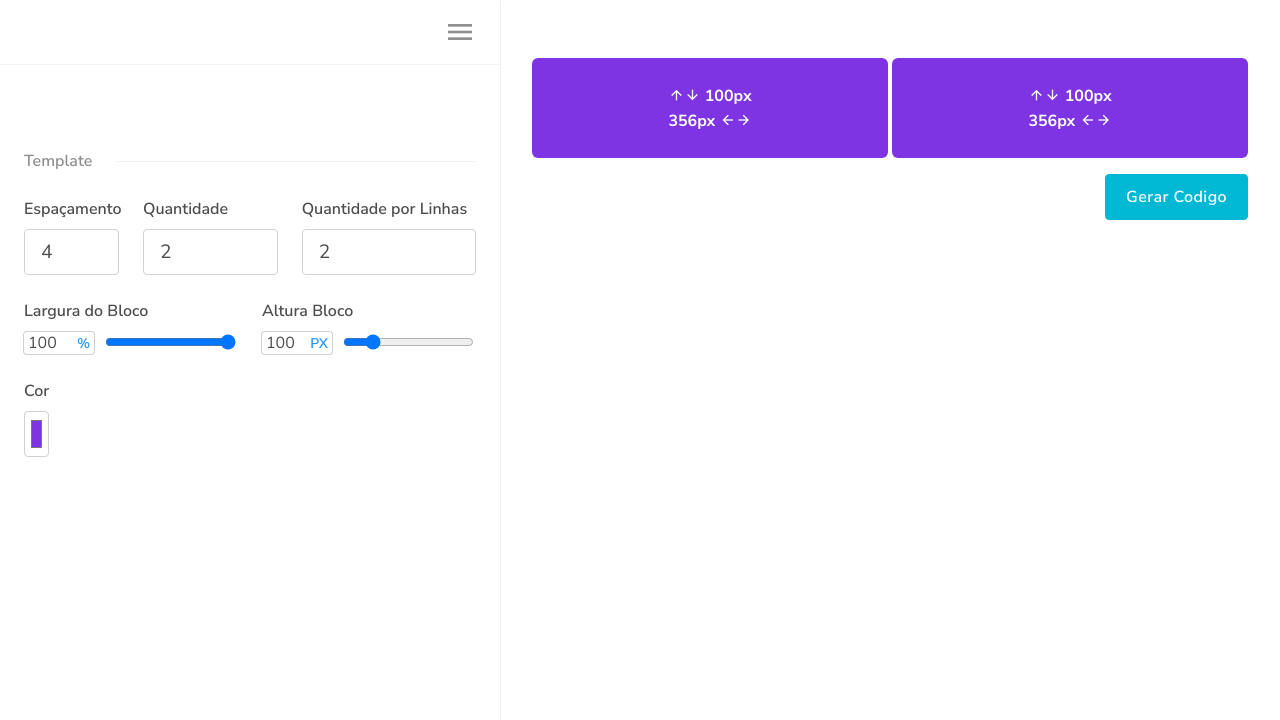
Repository: Flintdl/lowcode-elements
Page: /
The author's editor kept a copy of each file at every save. The page is drawn from the files as they stood at one save, then again after the next save.
The browser window is 1280 px wide. The pictures show the whole page.
The project was rebuilt for these pictures with package versions that can differ from the ones it lists, and the page was loaded fresh each time. Also part of the build but not shown: vue.config.js.

Above is the page before, as saved 2022-04-06 11:20:24.

After the next save:
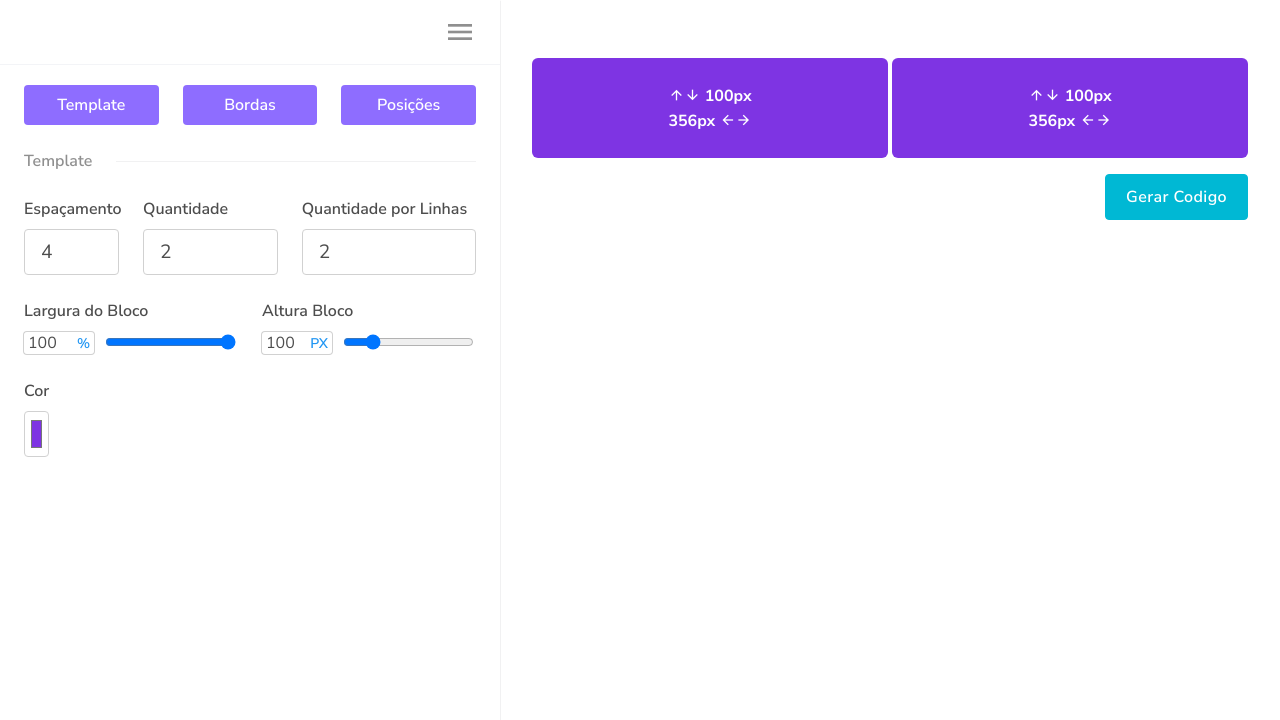
Saved 5 s later.
--- a/src/components/Menu/MenuTemplate.vue
+++ b/src/components/Menu/MenuTemplate.vue
@@ -27,7 +27,7 @@
             <div
               @click="showContent"
               :dataRef="tab.ref"
-              class="sf-bg-hover-info sf-cursor-pointer sf-p-2 sf-text-white sf-font-weight-bold sf-border-radius"
+              class="sf-bg-primary sf-cursor-pointer sf-p-2 sf-text-white sf-font-weight-bold sf-border-radius"
             >
               {{ tab.label }}
             </div>
